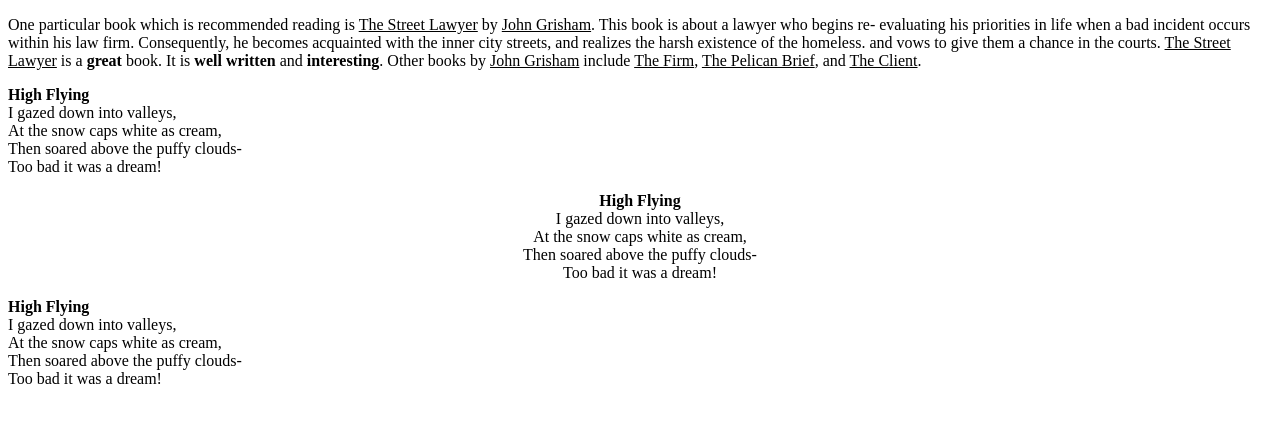
Repository: NguyenPhuSang21023391/HTCNWeb_T1-2
Page: TH_Tuan01/html/bai03.html
The author's editor kept a copy of each file at every save. The page is drawn from the files as they stood at one save, then again after the next save.
The browser window is 1280 px wide. The pictures show the whole page.

Above is the page before, as saved 2023-02-19 16:16:27.

After the next save:
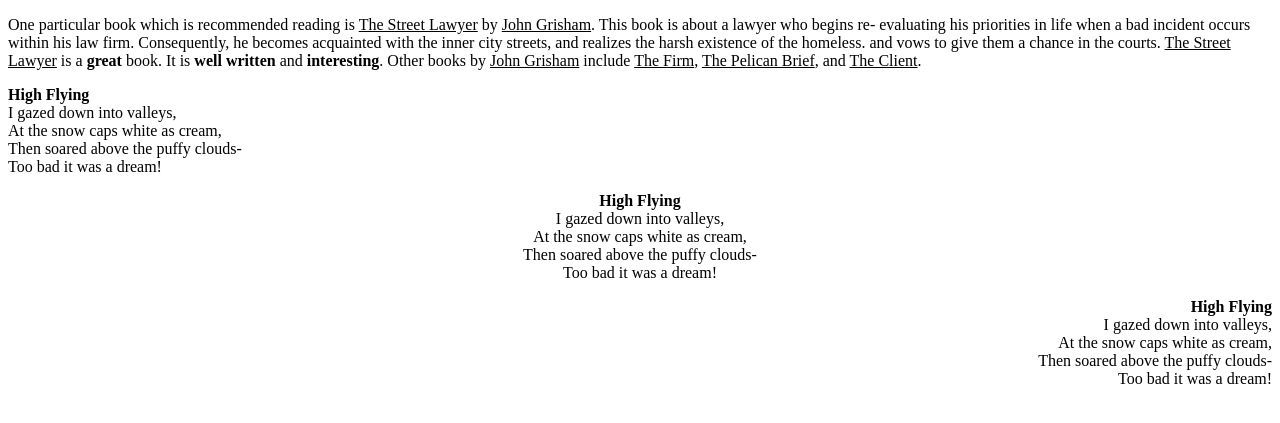
Saved 4 s later.
--- a/TH_Tuan01/html/bai03.html
+++ b/TH_Tuan01/html/bai03.html
@@ -32,7 +32,7 @@
       was a dream!
     </p>
 
-    <p style="text-align: right: ;;">
+    <p style="text-align: right">
       <b>High Flying</b> <br />I gazed down into valleys, <br />At the snow caps
       white as cream,<br />Then soared above the puffy clouds- <br />Too bad it
       was a dream!
